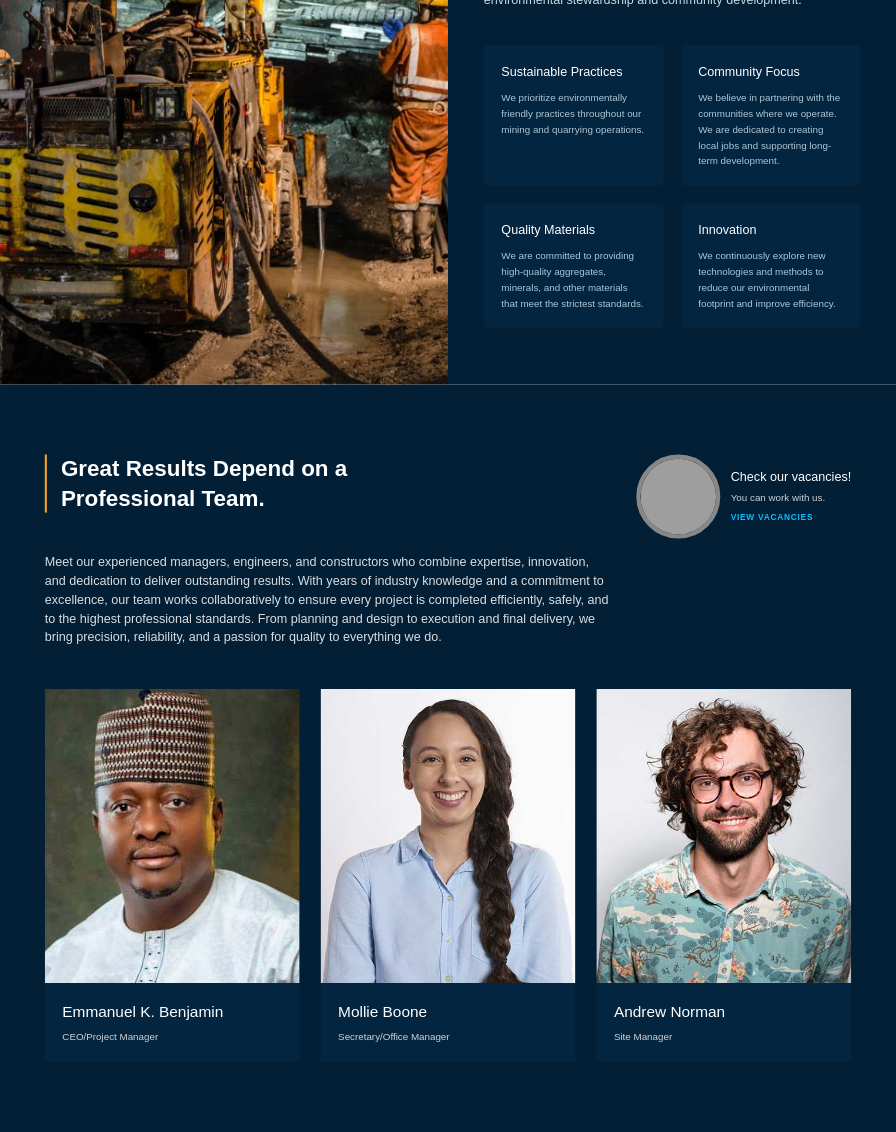
Repository: KC-Minchakpu/promise-earth
Page: /
An editor plug-in stored every save of this project. The page is shown before and after the next save, followed by the edit.
The browser window is 1280 px wide. The pictures show the part of the page from y = 2825 to 4725 px (the page is 4442 px tall before and 5435 px after), at 70% of full size.
Pictures or frames that could not be fetched are drawn as grey boxes. The project was rebuilt for these pictures with package versions that can differ from the ones it lists, and the page was loaded fresh each time. The framework's server and built-in components were replaced by stand-ins that run in the browser. Also part of the build but not shown: next.config.ts.

Above is the page before, as saved 2026-02-26 17:42:52.

### src/app/layout.tsx
import type { Metadata } from "next";
import { Play, Poppins } from "next/font/google";
import "./globals.css";
import Header from "@/components/Header/Header";

const play = Play({
  variable: "--font-play",
  subsets: ["latin"],
  weight: ["400", "700"],
});

const poppins = Poppins({
  variable: "--font-poppins",
  subsets: ["latin"],
  weight: ["300", "400", "500", "600", "700"],
});

export const metadata: Metadata = {
  title: "Promise Earth | Home",
  description: "Promise Earth is a construction company that delivers high-quality projects with expertise and dedication.",
};

export default function RootLayout({
  children,
}: Readonly<{
  children: React.ReactNode;
}>) {
  return (
    <html lang="en">
      <body
        className={`${play.variable} ${poppins.variable} antialiased`}
      >
        <Header />
        {children}
      </body>
    </html>
  );
}

### src/app/page.tsx
import AboutUsSection from "@/components/About/AboutUsSection";
import Hero from "@/components/Hero/Hero";
import ServicesSection from "@/components/Services/ServicesSection";
import TeamSection from "@/components/TeamSection/TeamSection";
import WhyChooseUs from "@/components/WhyChooseUs/WhyChooseUs";


export default function Home() {
  return (
   <>
    <Hero />
    <AboutUsSection />
    <ServicesSection />
    <WhyChooseUs />
    <TeamSection />
  </>
  );
}

### src/app/globals.css
@import "tailwindcss";

:root {
  --background: #ffffff;
  --foreground: #171717;
}


@media (prefers-color-scheme: dark) {
  :root {
    --background: #0a0a0a;
    --foreground: #ededed;
  }
}

body {
  background: var(--background);
  color: var(--foreground);
  font-family: Arial, Helvetica, sans-serif;
}

### src/components/About/AboutUsSection.tsx
// components/AboutUsSection.tsx
"use client";

import Image from "next/image";
import styles from "./AboutUsSection.module.css";

const AboutUsSection = () => {
  return (
    <section className={styles.aboutSection}>
      <div className={styles.container}>
        {/* Left Image */}
        <div className={styles.imageWrapper}>
          <Image
            src="/images/about-1.png"
            alt="Earth Moving Vehicle"
            width={400}
            height={400}
            className={styles.image}
          />
        </div>

        {/* Right Content */}
        <div className={styles.content}>
          <h2 className={styles.heading}>
            <span className={styles.highlight}>|</span> About Us.
          </h2>
          <h2 className={styles.heading}>
            We are committed to responsible extraction of the Earth&apos;s resources
          </h2>
          <p className={styles.description}>
            We prioritize environmentally friendly practices throughout our mining and quarrying operations. This includes minimizing waste, land reclamation, and utilizing innovative technologies to reduce our impact.
          </p>
          <p className={styles.description}>
            We believe in partnering with the communities where we operate. We are dedicated to creating local jobs, supporting local businesses, and contributing to the social and economic well-being of the region.
          </p>

          {/* Stats */}
          <div className={styles.stats}>
            <div className={styles.statItem}>
              <span className={styles.statNumber}>3000+</span>
              <span className={styles.statLabel}>Satisfied clients</span>
            </div>
            <div className={styles.statItem}>
              <span className={styles.statNumber}>60k+</span>
              <span className={styles.statLabel}>Sq ft built</span>
            </div>
            <div className={styles.statItem}>
              <span className={styles.statNumber}>25</span>
              <span className={styles.statLabel}>Years Experience</span>
            </div>
          </div>
        </div>
      </div>
    </section>
  );
};

export default AboutUsSection;

### src/components/Hero/Hero.tsx
"use client";

import Image from "next/image";
import Link from "next/link";
import styles from "./Hero.module.css";

const Hero = () => {
  return (
    <section className={styles.hero}>
      {/* Background Image */}
      <Image
        src="/images/hero.jpg"
        alt="Earth moving Vehicle"
        fill
        priority
        className={styles.backgroundImage}
      />

      {/* Overlay */}
      <div className={styles.overlay}></div>

      {/* Content */}
      <div className={styles.content}>
        <h1 className={styles.heading}>
          We Deliver High-Quality
          <br />
           Projects<span className={styles.highlight}>.</span>
        </h1>

        <div className={styles.buttons}>
          <Link href="/contact" className={styles.primaryBtn}>
            REQUEST A QUOTE
          </Link>

          <Link href="/about" className={styles.secondaryBtn}>
            LEARN MORE
          </Link>
        </div>
      </div>
    </section>
  );
};

export default Hero;

### src/components/TeamSection/TeamSection.tsx
import Image from "next/image";
import styles from "./TeamSection.module.css";

interface TeamMember {
  name: string;
  role: string;
  image: string;
}

const team: TeamMember[] = [
  {
    name: "Emmanuel K. Benjamin",
    role: "CEO/Project Manager",
    image: "/images/team-1.jpg",
  },
  {
    name: "Mollie Boone",
    role: "Secretary/Office Manager",
    image: "/images/team-2.jpg",
  },
  {
    name: "Andrew Norman",
    role: "Site Manager",
    image: "/images/team-3.jpg",
  },
];

export default function TeamSection() {
  return (
    <section className={styles.teamSection}>
      <div className={styles.container}>
        {/* Header */}
        <div className={styles.header}>
          <div className={styles.titleWrapper}>
            <span className={styles.accentBar}></span>
            <h2>
              Great Results Depend on a <br />
              <span>Professional Team.</span>
            </h2>
          </div>

          <div className={styles.vacancyBox}>
            <div className={styles.vacancyImage}>
              <Image
                src="/images/vacancy.jpg"
                alt="Vacancy"
                fill
                className={styles.roundImage}
              />
            </div>
            <div>
              <h4>Check our vacancies!</h4>
              <p>You can work with us.</p>
              <a href="#">VIEW VACANCIES</a>
            </div>
          </div>
        </div>

        {/* Subtitle */}
        <p className={styles.subtitle}>
          Meet our experienced managers, engineers, and constructors who combine expertise,
          innovation, and dedication to deliver outstanding results. With years of industry
          knowledge and a commitment to excellence, our team works collaboratively to ensure
          every project is completed efficiently, safely, and to the highest professional standards.
          From planning and design to execution and final delivery, we bring precision, reliability,
          and a passion for quality to everything we do.
        </p>

        {/* Team Grid */}
        <div className={styles.grid}>
          {team.map((member, index) => (
            <div key={index} className={styles.card}>
              <div className={styles.imageWrapper}>
                <Image
                  src={member.image}
                  alt={member.name}
                  fill
                  className={styles.image}
                />
              </div>

              <div className={styles.cardContent}>
                <h3>{member.name}</h3>
                <p>{member.role}</p>
              </div>
            </div>
          ))}
        </div>
      </div>
    </section>
  );
}

### src/components/WhyChooseUs/WhyChooseUs.tsx
"use client";

import Image from "next/image";
import styles from "./WhyChooseUs.module.css";

interface Feature {
  title: string;
  description: string;
}

const features: Feature[] = [
  {
    title: "Sustainable Practices",
    description:
      "We prioritize environmentally friendly practices throughout our mining and quarrying operations.",
  },
  {
    title: "Community Focus",
    description:
      "We believe in partnering with the communities where we operate. We are dedicated to creating local jobs and supporting long-term development.",
  },
  {
    title: "Quality Materials",
    description:
      "We are committed to providing high-quality aggregates, minerals, and other materials that meet the strictest standards.",
  },
  {
    title: "Innovation",
    description:
      "We continuously explore new technologies and methods to reduce our environmental footprint and improve efficiency.",
  },
];

export default function WhyChooseUs() {
  return (
    <section className={styles.section}>
      {/* Left Image */}
      <div className={styles.imageContainer}>
        <Image
          src="/images/about-3.jpg"
          alt="Mining Site"
          fill
          className={styles.image}
        />
      </div>

      {/* Right Content */}
      <div className={styles.content}>
        <div className={styles.inner}>
          <h2>
            <span className={styles.accent}></span>
            Why Choose Us
          </h2>

          <p className={styles.intro}>
            At Promise Earth Mining and Quarry, we are committed to responsible extraction of the
            Earth&apos;s resources while promising a sustainable future. We are a company built on the
            values of environmental stewardship and community development.
          </p>

          <div className={styles.grid}>
            {features.map((feature, index) => (
              <div key={index} className={styles.card}>
                <h3>{feature.title}</h3>
                <p>{feature.description}</p>
              </div>
            ))}
          </div>
        </div>
      </div>
    </section>
  );
}

### src/components/About/AboutUsSection.module.css
/* components/AboutUsSection.module.css */

.aboutSection {
  background-color: #031f35;
  padding: 80px 20px;
  color: #ffffff;
}

.container {
  display: flex;
  align-items: center;
  justify-content: center;
  gap: 60px;
  max-width: 1200px;
  margin: 0 auto;
  flex-wrap: wrap;
}

.imageWrapper {
  flex: 1 1 400px;
}

.image {
  border: 5px solid #3b4f63;
  border-radius: 8px;
  width: 100%;
  height: auto;
  object-fit: cover;
}

.content {
  flex: 1 1 500px;
}

.heading {
  font-size: 2rem;
  font-weight: 700;
  font-family: "Play", sans-serif;
  margin-bottom: 20px;
  display: flex;
  align-items: center;
}

.highlight {
  color: #ffa800;
  margin-right: 10px;
}

.description {
  font-size: 1rem;
  line-height: 1.7;
  margin-bottom: 15px;
  color: #cfd8e0;
}

.stats {
  display: flex;
  gap: 40px;
  margin-top: 30px;
  flex-wrap: wrap;
}

.statItem {
  display: flex;
  flex-direction: column;
  align-items: flex-start;
}

.statNumber {
  font-size: 1.8rem;
  font-weight: 700;
  color: #ffa500;
}

.statLabel {
  font-size: 0.9rem;
  color: #cfd8e0;
  margin-top: 5px;
}

### src/components/Hero/Hero.module.css
.hero {
  position: relative;
  width: 100%;
  height: 100vh;
  min-height: 650px;
  display: flex;
  align-items: center;
  overflow: hidden;
}

/* Background Image */
.backgroundImage {
  object-fit: cover;
  z-index: 1;
}

/* Blue Gradient Overlay */
.overlay {
  position: absolute;
  inset: 0;
  background: linear-gradient(
    180deg,
    rgba(0, 0, 0, 0.6) 0%,
    rgba(0, 0, 0, 0.3) 50%,
    rgba(0, 0, 0, 0.6) 100%
  );
  z-index: 2;
}

/* Content */
.content {
  position: relative;
  z-index: 3;
  max-width: 1200px;
  margin: 0 auto;
  padding: 0 40px;
  color: white;
}

/* Heading */
.heading {
  font-size: 54px;
  font-weight: 800;
  line-height: 1.15;
  letter-spacing: -1px;
  margin-bottom: 40px;
  max-width: 700px;
}

.highlight {
  color: #ffb400;
}

/* Buttons */
.buttons {
  display: flex;
  gap: 20px;
}

.primaryBtn {
  background: #ffb400;
  color: #222222;
  padding: 16px 32px;
  border-radius: 8px;
  font-weight: 700;
  text-decoration: none;
  transition: all 0.3s ease;
}

.primaryBtn:hover {
  background: #e6a200;
  transform: translateY(-3px);
}

.secondaryBtn {
  border: 2px solid #ffffff;
  color: #ffffff;
  padding: 16px 32px;
  border-radius: 8px;
  font-weight: 600;
  text-decoration: none;
  transition: all 0.3s ease;
}

.secondaryBtn:hover {
  background: rgba(255, 255, 255, 0.1);
  transform: translateY(-3px);
}

/* Responsive */

@media (max-width: 1024px) {
  .heading {
    font-size: 48px;
  }
}

@media (max-width: 768px) {
  .hero {
    height: 85vh;
  }

  .heading {
    font-size: 36px;
  }

  .buttons {
    flex-direction: column;
    gap: 15px;
  }

  .primaryBtn,
  .secondaryBtn {
    width: fit-content;
  }
}

### src/components/Services/ServicesSection.module.css
.section {
  background-color: #031f35;
  padding: 100px 8%;
  color: white;
}

.container {
  max-width: 1400px;
  margin: 0 auto;
}

/*  HEADER  */

.header {
  max-width: 800px;
  margin-bottom: 70px;
}

.header h2 {
  font-size: 2rem;
  font-weight: 700;
  font-family: "Play", sans-serif;
  line-height: 1.2;
  position: relative;
}

.accent {
  display: inline-block;
  width: 3px;
  height: 40px;
  background-color: #ffa800;
  margin-right: 15px;
  vertical-align: middle;
}

.header p {
  margin-top: 20px;
  font-size: 18px;
  color: #c4d6e2;
}

/*  GRID  */

.grid {
  display: grid;
  grid-template-columns: repeat(3, 1fr);
  gap: 35px;
}

/*  CARD  */

.card {
  background-color: #032540;
  border-radius: 6px;
  overflow: hidden;
  transition: transform 0.3s ease, box-shadow 0.3s ease;
}


/* IMAGE */

.imageWrapper {
  position: relative;
  width: 100%;
  height: 220px;
}

.image {
  object-fit: cover;
}

/* ================= CONTENT ================= */

.content {
  padding: 30px;
}

.content h3 {
  font-size: 22px;
  margin-bottom: 15px;
}

.content p {
  color: #b0c6d6;
  line-height: 1.6;
  margin-bottom: 20px;
}

.learnMore {
  color: #2f748a;
  text-decoration: none;
  font-weight: 600;
  font-size: 14px;
}

/* ================= RESPONSIVE ================= */

@media (max-width: 1100px) {
  .grid {
    grid-template-columns: repeat(2, 1fr);
  }
}

@media (max-width: 600px) {
  .grid {
    grid-template-columns: 1fr;
  }

  .header h2 {
    font-size: 30px;
  }
}

### src/components/TeamSection/TeamSection.module.css
.teamSection {
  background-color: #031f35;
  padding: 100px 0;
  color: #ffffff;
}

.container {
  width: 90%;
  max-width: 1200px;
  margin: 0 auto;
}

.header {
  display: flex;
  justify-content: space-between;
  align-items: flex-start;
  gap: 40px;
  flex-wrap: wrap;
}

.titleWrapper {
  display: flex;
  gap: 20px;
}

.accentBar {
  width: 3px;
  background-color: #f4a024;
}

.titleWrapper h2 {
  font-size: 2rem;
  font-weight: 700;
  line-height: 1.3;
  font-family: "Play" sans-serif;
}

.titleWrapper span {
  color: #ffffff;
}

.subtitle {
  margin-top: 20px;
  margin-bottom: 60px;
  font-size: 18px;
  opacity: 0.85;
  width: 70%;
}

/* Vacancy box */
.vacancyBox {
  display: flex;
  align-items: center;
  gap: 15px;
}

.vacancyImage {
  position: relative;
  width: 120px;
  height: 120px;
  }

.roundImage {
  object-fit: cover;
  border-radius: 50%;
  border: 6px solid #888888;
}

.vacancyBox h4 {
  font-size: 18px;
  margin: 0;
}

.vacancyBox p {
  font-size: 14px;
  margin: 5px 0;
  opacity: 0.8;
}

.vacancyBox a {
  font-size: 12px;
  font-weight: 600;
  color: #00c2ff;
  text-decoration: none;
  letter-spacing: 1px;
}

/* Grid */
.grid {
  display: grid;
  grid-template-columns: repeat(3, 1fr);
  gap: 30px;
}

/* Card */
.card {
  background-color: #032540;
  overflow: hidden;
  transition: transform 0.3s ease;
}

.card:hover {
  transform: translateY(-8px);
}

.imageWrapper {
  position: relative;
  width: 100%;
  height: 420px;
}

.image {
  object-fit: cover;
}

.cardContent {
  padding: 25px;
}

.cardContent h3 {
  font-size: 22px;
  margin-bottom: 8px;
}

.cardContent p {
  font-size: 14px;
  opacity: 0.8;
}

/* Responsive */
@media (max-width: 1024px) {
  .grid {
    grid-template-columns: repeat(2, 1fr);
  }
}

@media (max-width: 768px) {
  .grid {
    grid-template-columns: 1fr;
  }

  .titleWrapper h2 {
    font-size: 32px;
  }

  .imageWrapper {
    height: 350px;
  }
}

### src/components/WhyChooseUs/WhyChooseUs.module.css
.section {
  display: flex;
  width: 100%;
  min-height: 650px;
}

/* LEFT IMAGE  */

.imageContainer {
  position: relative;
  flex: 1;
  min-height: 650px;
}

.image {
  object-fit: cover;
}

/*  RIGHT CONTENT  */

.content {
  flex: 1;
  background-color: #031f35;
  color: white;
  display: flex;
  align-items: center;
}

.inner {
  padding: 80px 8%;
  max-width: 650px;
}

/*  HEADER  */

.inner h2 {
  font-size: 2rem;
  font-weight: 700;
  line-height: 1.2;
  font-family: "Play", sans-serif;
}

.accent {
  display: inline-block;
  width: 3px;
  height: 40px;
  background-color: #f4b400;
  margin-right: 15px;
  vertical-align: middle;
}

.intro {
  margin-top: 20px;
  margin-bottom: 50px;
  font-size: 18px;
  color: #c4d6e2;
  line-height: 1.6;
}

/* 2x2 GRID */

.grid {
  display: grid;
  grid-template-columns: repeat(2, 1fr);
  gap: 25px;
}

.card {
  background-color: #032540;
  padding: 25px;
  border-radius: 6px;
  transition: all 0.3s ease;
}

.card h3 {
  font-size: 18px;
  margin-bottom: 12px;
}

.card p {
  font-size: 14px;
  color: #b0c6d6;
  line-height: 1.6;
}

/* RESPONSIVE */

@media (max-width: 1100px) {
  .section {
    flex-direction: column;
  }

  .imageContainer {
    height: 400px;
  }

  .inner {
    padding: 60px 8%;
  }
}

@media (max-width: 600px) {
  .grid {
    grid-template-columns: 1fr;
  }

  .inner h2 {
    font-size: 30px;
  }
}

### src/components/OurGoal/OurGoal.tsx
import Image from "next/image";
import Link from "next/link";
import styles from "./OurGoal.module.css";

interface ProjectItem {
  id: string;
  title: string;
  image: string;
  slug: string;
}

const projects: ProjectItem[] = [
  {
    id: "1",
    title: "Engineering Survey",
    image: "/images/project1.jpg",
    slug: "engineering-survey",
  },
  {
    id: "2",
    title: "Corporate Building",
    image: "/images/project2.jpg",
    slug: "corporate-building",
  },
  {
    id: "3",
    title: "Blueprint Planning",
    image: "/images/project3.jpg",
    slug: "blueprint-planning",
  },
  {
    id: "4",
    title: "Interior Architecture",
    image: "/images/project4.jpg",
    slug: "interior-architecture",
  },
  {
    id: "5",
    title: "Glass Tower Project",
    image: "/images/project5.jpg",
    slug: "glass-tower",
  },
  {
    id: "6",
    title: "Industrial Construction",
    image: "/images/project6.jpg",
    slug: "industrial-construction",
  },
];

export default function OurGoal() {
  return (
    <section className={styles.section}>
      <div className={styles.header}>
        <div className={styles.titleWrapper}>
          <span className={styles.bar}></span>
          <h2>
            Our Main Goal Is to Deliver the <br /> Best Quality
            <span className={styles.dot}>.</span>
          </h2>
        </div>

        <Link href="/contact" className={styles.quote}>
          REQUEST A QUOTE
        </Link>
      </div>

      <p className={styles.subtitle}>
        We work hard to finish every project on schedule.
      </p>

      <div className={styles.grid}>
        {projects.map((project) => (
          <Link
            key={project.id}
            href={`/projects/${project.slug}`}
            className={styles.card}
          >
            <Image
              src={project.image}
              alt={project.title}
              fill
              className={styles.image}
            />
            <div className={styles.overlay}>
              <h3>{project.title}</h3>
            </div>
          </Link>
        ))}
      </div>
    </section>
  );
}

### src/components/OurGoal/OurGoal.module.css
.section {
  background: #0b2c3d;
  padding: 80px 5%;
  color: #ffffff;
}

.header {
  display: flex;
  justify-content: space-between;
  align-items: center;
  flex-wrap: wrap;
}

.titleWrapper {
  display: flex;
  gap: 16px;
  align-items: flex-start;
}

.bar {
  width: 4px;
  height: 50px;
  background: #ffb400;
  margin-top: 8px;
}

.titleWrapper h2 {
  font-size: 40px;
  font-weight: 700;
  line-height: 1.2;
  margin: 0;
}

.dot {
  color: #00c2ff;
}

.quote {
  font-size: 14px;
  letter-spacing: 1px;
  color: #00c2ff;
  text-decoration: none;
  font-weight: 600;
  transition: 0.3s ease;
}

.quote:hover {
  opacity: 0.7;
}

.subtitle {
  margin-top: 20px;
  color: #b0c4d4;
  font-size: 18px;
}

.grid {
  margin-top: 60px;
  display: grid;
  grid-template-columns: repeat(3, 1fr);
  gap: 30px;
}

.card {
  position: relative;
  width: 100%;
  height: 300px;
  overflow: hidden;
  border-radius: 4px;
  cursor: pointer;
}

.image {
  object-fit: cover;
  transition: transform 0.5s ease;
}

.card:hover .image {
  transform: scale(1.1);
}

.overlay {
  position: absolute;
  inset: 0;
  background: rgba(0, 0, 0, 0.45);
  display: flex;
  align-items: flex-end;
  padding: 20px;
  opacity: 0;
  transition: 0.3s ease;
}

.overlay h3 {
  margin: 0;
  font-size: 20px;
}

.card:hover .overlay {
  opacity: 1;
}

/* Responsive */

@media (max-width: 1024px) {
  .grid {
    grid-template-columns: repeat(2, 1fr);
  }
}

@media (max-width: 768px) {
  .grid {
    grid-template-columns: 1fr;
  }

  .titleWrapper h2 {
    font-size: 28px;
  }
}

Loaded but not shown: src/components/Header/Header.tsx (185 lines, source omitted); src/components/Header/Header.module.css (203 lines, source omitted); src/components/Services/ServicesSection.tsx (79 lines, source omitted)

After the next save:
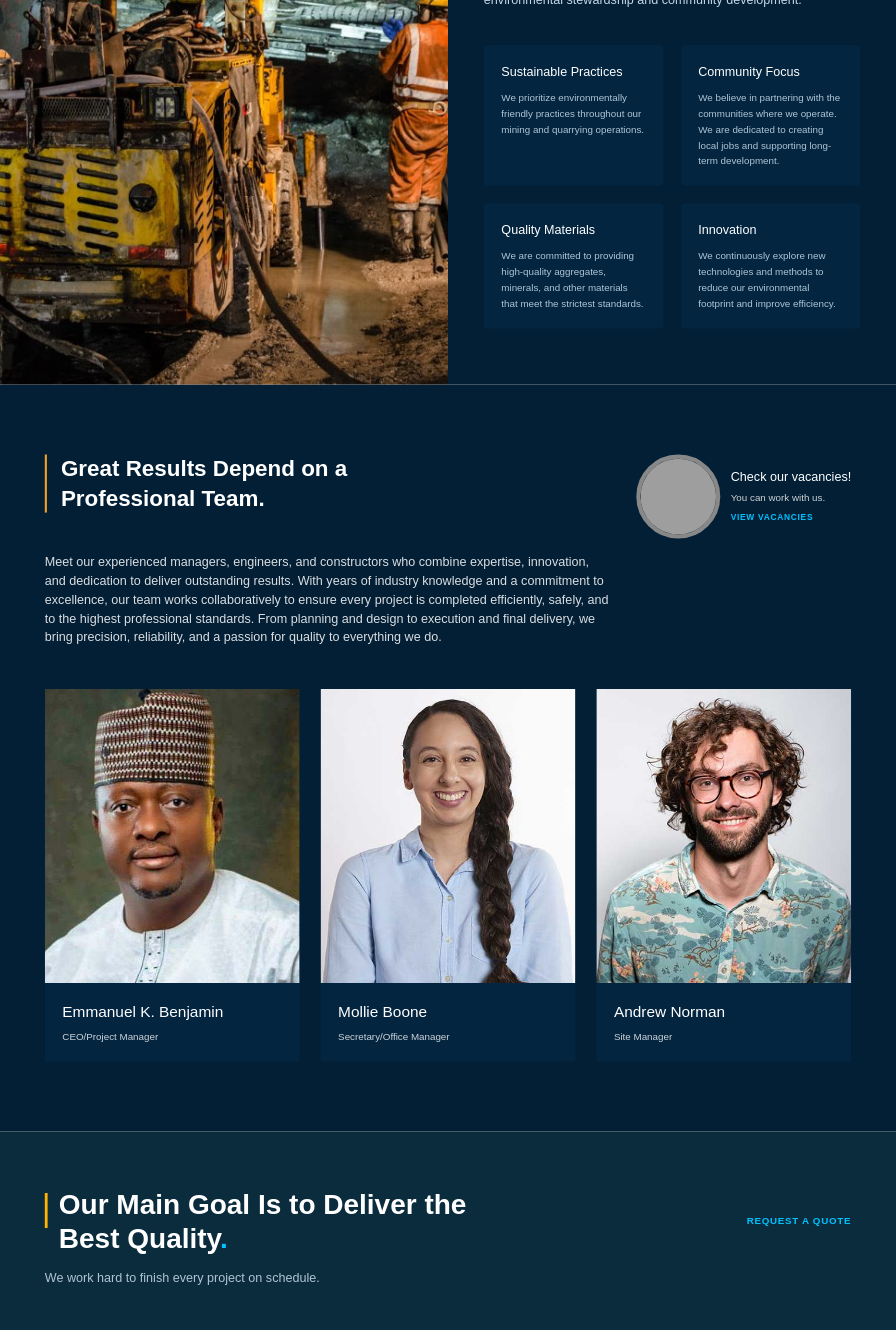
Saved 3 min 48 s later.
--- a/src/app/page.tsx
+++ b/src/app/page.tsx
@@ -1,5 +1,6 @@
 import AboutUsSection from "@/components/About/AboutUsSection";
 import Hero from "@/components/Hero/Hero";
+import OurGoal from "@/components/OurGoal/OurGoal";
 import ServicesSection from "@/components/Services/ServicesSection";
 import TeamSection from "@/components/TeamSection/TeamSection";
 import WhyChooseUs from "@/components/WhyChooseUs/WhyChooseUs";
@@ -13,6 +14,7 @@ export default function Home() {
     <ServicesSection />
     <WhyChooseUs />
     <TeamSection />
+    <OurGoal />
   </>
   );
 }
